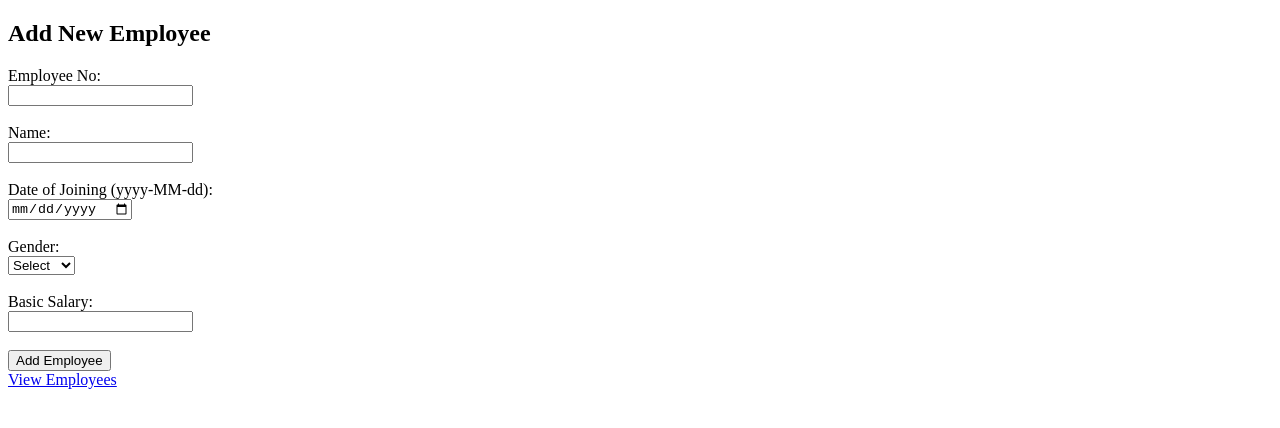
Repository: KUSUMA-74/Advance-JavaProject
Page: http://localhost/EmployeeWebApp/empadd.jsp
The author's editor kept a copy of each file at every save. The page is drawn from the files as they stood at one save, then again after the next save.
The browser window is 1280 px wide. The pictures show the whole page.
The page is served by Tomcat 9. Other server files are loaded and not shown.

Above is the page before, as saved 2025-05-28 20:03:28.

### EmployeeWebApp/src/main/webapp/empadd.jsp
<%@ page contentType="text/html;charset=UTF-8" language="java" %>
<!DOCTYPE html>
<html>
<head>
    <title>Add Employee</title>
</head>
<body>

<h2>Add New Employee</h2>

<form action="AddEmployeeServlet" method="post">
    <label>Employee No:</label><br>
    <input type="number" name="empno" required><br><br>

    <label>Name:</label><br>
    <input type="text" name="empname" required><br><br>

    <label>Date of Joining (yyyy-MM-dd):</label><br>
    <input type="date" name="doj" required><br><br>

    <label>Gender:</label><br>
    <select name="gender" required>
        <option value="">Select</option>
        <option value="Male">Male</option>
        <option value="Female">Female</option>
    </select><br><br>

    <label>Basic Salary:</label><br>
    <input type="number" step="0.01" name="bsalary" required><br><br>

    <input type="submit" value="Add Employee">
</form>

<a href="empdisplay.jsp">View Employees</a>

</body>
</html>

After the next save:
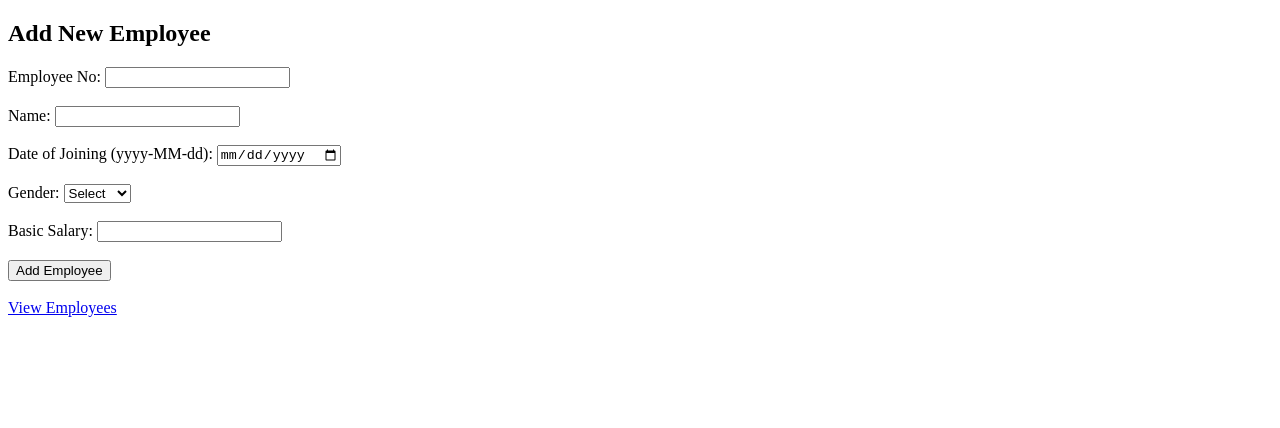
Saved 14 min 30 s later.
--- a/EmployeeWebApp/src/main/webapp/empadd.jsp
+++ b/EmployeeWebApp/src/main/webapp/empadd.jsp
@@ -1,37 +1,45 @@
-<%@ page contentType="text/html;charset=UTF-8" language="java" %>
+<%@ page language="java" contentType="text/html; charset=UTF-8" pageEncoding="UTF-8"%>
 <!DOCTYPE html>
 <html>
 <head>
-    <title>Add Employee</title>
+    <title>Add New Employee</title>
 </head>
 <body>
+    <h2>Add New Employee</h2>
 
-<h2>Add New Employee</h2>
+    <form action="AddEmployeeServlet" method="post">
+        <label>Employee No:</label>
+        <input type="number" name="empno" required /><br/><br/>
 
-<form action="AddEmployeeServlet" method="post">
-    <label>Employee No:</label><br>
-    <input type="number" name="empno" required><br><br>
+        <label>Name:</label>
+        <input type="text" name="empname" required /><br/><br/>
 
-    <label>Name:</label><br>
-    <input type="text" name="empname" required><br><br>
+        <label>Date of Joining (yyyy-MM-dd):</label>
+        <input type="date" name="doj" required /><br/><br/>
 
-    <label>Date of Joining (yyyy-MM-dd):</label><br>
-    <input type="date" name="doj" required><br><br>
+        <label>Gender:</label>
+        <select name="gender" required>
+            <option value="">Select</option>
+            <option value="Male">Male</option>
+            <option value="Female">Female</option>
+        </select><br/><br/>
 
-    <label>Gender:</label><br>
-    <select name="gender" required>
-        <option value="">Select</option>
-        <option value="Male">Male</option>
-        <option value="Female">Female</option>
-    </select><br><br>
+        <label>Basic Salary:</label>
+        <input type="number" name="bsalary" required /><br/><br/>
 
-    <label>Basic Salary:</label><br>
-    <input type="number" step="0.01" name="bsalary" required><br><br>
+        <input type="submit" value="Add Employee" />
+    </form>
 
-    <input type="submit" value="Add Employee">
-</form>
+    <br/>
+    <a href="empdisplay.jsp">View Employees</a>
 
-<a href="empdisplay.jsp">View Employees</a>
-
+    <%
+        String error = (String) request.getAttribute("error");
+        if (error != null) {
+    %>
+        <p style="color:red;"><%= error %></p>
+    <%
+        }
+    %>
 </body>
 </html>
